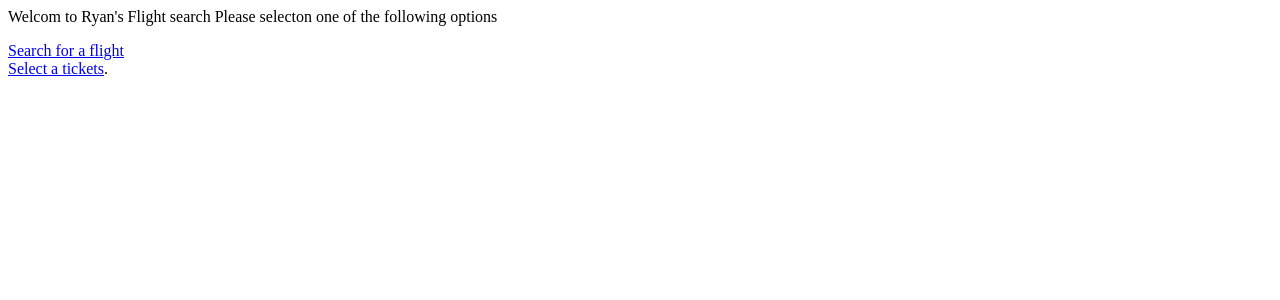
Repository: rkelly7391/SNHU_IT-634-X3894_18TW3
Page: http://localhost/RyanAirlineProject/
The author's editor kept a copy of each file at every save. The page is drawn from the files as they stood at one save, then again after the next save.
The browser window is 1280 px wide. The pictures show the whole page.
The page is served by Tomcat 9. Other server files are loaded and not shown.

Above is the page before, as saved 2018-03-04 21:50:16.

### RyanAirlineProject/web/index.jsp
<%@ page contentType="text/html;charset=UTF-8" language="java" %>
<html>
  <head>
    <title>Ryan's flights</title>
  </head>
  <body>
  <p>Welcom to Ryan's Flight search Please selecton one of the following options</p>
  	  <a href=FlightSearch>Search for a flight</a>
  	  <br />
      <a href="tickets">Select a tickets</a>.
  </body>
</html>

After the next save:
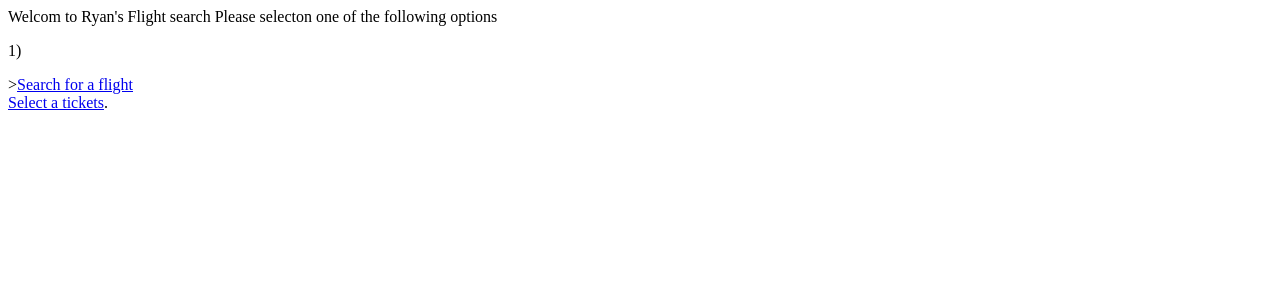
Saved 42 s later.
--- a/RyanAirlineProject/web/index.jsp
+++ b/RyanAirlineProject/web/index.jsp
@@ -5,7 +5,7 @@
   </head>
   <body>
   <p>Welcom to Ryan's Flight search Please selecton one of the following options</p>
-  	  <a href=FlightSearch>Search for a flight</a>
+  	  <p>1) </p>><a href=FlightSearch>Search for a flight</a>
   	  <br />
       <a href="tickets">Select a tickets</a>.
   </body>

After the save that followed:
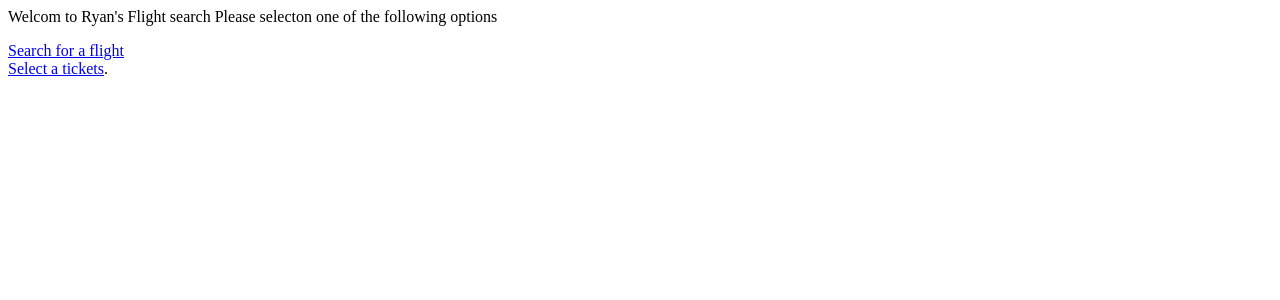
Saved 2 min 36 s later.
--- a/RyanAirlineProject/web/index.jsp
+++ b/RyanAirlineProject/web/index.jsp
@@ -5,7 +5,7 @@
   </head>
   <body>
   <p>Welcom to Ryan's Flight search Please selecton one of the following options</p>
-  	  <p>1) </p>><a href=FlightSearch>Search for a flight</a>
+  	  <a href=FlightSearch>Search for a flight</a>
   	  <br />
       <a href="tickets">Select a tickets</a>.
   </body>
